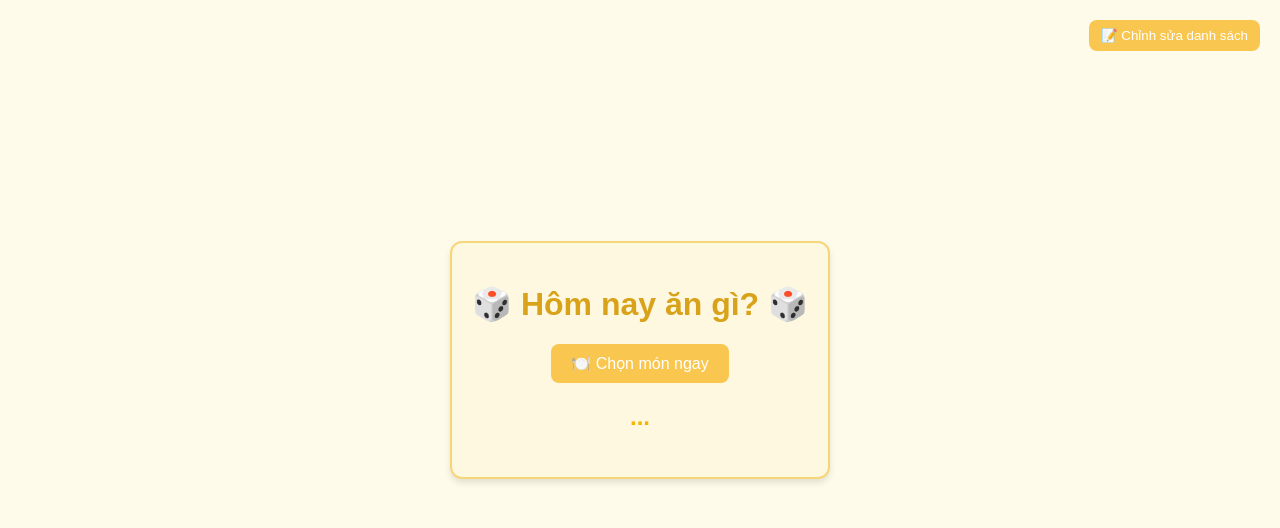
Repository: NT912/What-s-food-today-
Page: index.html
These files come from the project's save history. The page is drawn as it stood at one moment and after the next save; the edit follows.
The browser window is 1280 px wide. The pictures show the whole page.

Above is the page before, as saved 2024-12-17 20:51:11.
Console error: ReferenceError: renderList is not defined

### index.html
<!DOCTYPE html>
<html lang="vi">

<head>
  <meta charset="UTF-8">
  <meta name="viewport" content="width=device-width, initial-scale=1.0">
  <title>Random Món Ăn</title>
  <link rel="stylesheet" href="style.css">
</head>

<body>
  <!-- Random Section -->
  <div class="container">
    <h1>🎲 Hôm nay ăn gì? 🎲</h1>
    <button id="randomBtn" onclick="startRandom()">🍽️ Chọn món ngay</button>
    <p id="randomFood">...</p>
  </div>

  <!-- Popup chúc mừng kết quả -->
  <div id="resultPopup">
    <div class="result-content" id="resultPopupContent">
      <!-- Nội dung kết quả -->
    </div>
  </div>

  <!-- Edit Button -->
  <button class="edit-btn" onclick="openPopup()">📝 Chỉnh sửa danh sách</button>

  <!-- Popup Modal -->
  <div id="popup" class="popup">
    <div class="popup-content">
      <span class="close-btn" onclick="closePopup()">❌</span>
      <h2>📋 Danh sách món ăn</h2>
      <ul id="foodList"></ul>
      <div class="controls">
        <input type="text" id="foodInput" placeholder="Thêm món ăn mới...">
        <button onclick="addFood()">➕ Thêm</button>
      </div>
    </div>
  </div>

  <script src="script.js"></script>
</body>

</html>

### style.css
/* General Styles */
body {
  font-family: "Arial", sans-serif;
  margin: 0;
  background-color: #fffbea; /* Nền vàng nhẹ */
  color: #333;
  display: flex;
  justify-content: center;
  align-items: center;
  height: 100vh;
  overflow: hidden;
}

h1 {
  color: #d8a31a; /* Màu vàng đậm hơn */
}

.container {
  text-align: center;
  background: #fff8e1; /* Vàng nhẹ */
  border: 2px solid #f5d77a;
  padding: 20px;
  border-radius: 12px;
  box-shadow: 0 4px 6px rgba(0, 0, 0, 0.1);
}

#randomBtn {
  background: #f9c74f; /* Màu vàng cho nút */
  color: #fff;
  border: none;
  padding: 10px 20px;
  font-size: 16px;
  border-radius: 8px;
  cursor: pointer;
  transition: transform 0.2s, background 0.3s;
}

#randomBtn:hover {
  transform: scale(1.1);
  background: #f4b400;
}

#randomFood {
  margin-top: 20px;
  font-size: 24px;
  color: #f4b400; /* Màu vàng cho kết quả */
  font-weight: bold;
  height: 30px;
}

.edit-btn {
  position: absolute;
  top: 20px;
  right: 20px;
  background: #f9c74f;
  color: white;
  padding: 8px 12px;
  border: none;
  border-radius: 8px;
  cursor: pointer;
}

.edit-btn:hover {
  background: #f4b400;
}

/* Popup Modal */
.popup {
  display: none;
  position: fixed;
  top: 0;
  left: 0;
  width: 100%;
  height: 100%;
  background-color: rgba(255, 233, 153, 0.7); /* Vàng mờ nhẹ */
  justify-content: center;
  align-items: center;
  z-index: 1000;
}

.popup-content {
  background: #fff8e1; /* Màu vàng nhẹ */
  padding: 20px;
  border-radius: 12px;
  width: 400px;
  max-height: 80%;
  overflow-y: auto;
  position: relative;
  border: 2px solid #f5d77a;
}

.popup-content h2 {
  color: #d8a31a; /* Vàng đậm hơn */
}

.close-btn {
  position: absolute;
  top: 10px;
  right: 10px;
  cursor: pointer;
  font-size: 20px;
  color: #f4b400;
}

ul {
  list-style: none;
  padding: 0;
}

li {
  background: #fff5cc; /* Màu vàng nhạt cho danh sách */
  margin: 5px 0;
  padding: 8px;
  display: flex;
  justify-content: space-between;
  border-radius: 8px;
  border: 1px solid #f5d77a;
}

/* Popup chúc mừng */
#resultPopup {
  display: none;
  position: fixed;
  top: 0;
  left: 0;
  width: 100%;
  height: 100%;
  background-color: rgba(0, 0, 0, 0.5);
  justify-content: center;
  align-items: center;
  z-index: 1000;
}

#resultPopup .result-content {
  background: #fff8e1;
  padding: 30px;
  border-radius: 12px;
  text-align: center;
  box-shadow: 0 8px 16px rgba(0, 0, 0, 0.3);
  animation: popupEffect 0.5s ease-out;
  font-size: 24px;
  color: #f4b400;
}

@keyframes popupEffect {
  from {
    transform: scale(0.7);
    opacity: 0;
  }
  to {
    transform: scale(1);
    opacity: 1;
  }
}

### script.js
let foodList = [
  "Mì quảng tôm thịt",
  "Bánh cuốn",
  "Bún nước KonTum",
  "Cút lộn xào me",
  "Ốc đinh",
  "Mì cay",
  "Bún bò",
  "Chè",
  "Bánh mì chảo",
  "Mì trộn",
  "Xôi",
  "Mì quảng ếch",
  "Bún ram chay",
  "Bún thịt nướng",
  "Cá viên chiên mắm",
  "Cơm gà chiên mắm",
  "Bún chả",
  "Bún đậu mắm tôm",
  "Bún riêu",
  "Bánh mì ổ",
  "Cơm chiên",
  "Miến trộn",
  "Phở",
  "Bánh tráng kẹp",
  "Bánh canh",
  "Bún cá chấm",
  "Bánh đúc nóng",
  "Phở khô gia lai",
  "Bánh tráng kẹp",
  "Nem chua rán",
  "Ram cuốn cải",
  "Bánh bèo",
  "Bánh lọc",
  "Bánh căn",
  "Kem bơ",
];

function startRandom() {
  const result = document.getElementById("randomFood");
  let index = 0;

  // Thêm hiệu ứng nhấp nháy trong 2 giây
  const interval = setInterval(() => {
    index = Math.floor(Math.random() * foodList.length);
    result.textContent = foodList[index];
    result.style.color = getRandomColor();
  }, 100);

  // Kết thúc hiệu ứng và hiển thị kết quả
  setTimeout(() => {
    clearInterval(interval);
    result.textContent = `🍽️ ${foodList[index]}!`;
    result.style.color = "#f4b400";

    // Hiển thị popup chúc mừng
    showResultPopup(foodList[index]);
  }, 2000);
}

function showResultPopup(food) {
  const popup = document.getElementById("resultPopup");
  const popupContent = document.getElementById("resultPopupContent");

  popupContent.innerHTML = `
        🎉 Chúc mừng! Món ăn hôm nay là: <br>
        <strong>${food}</strong> 🎉
    `;

  popup.style.display = "flex";

  // Đóng popup khi click ra ngoài
  window.onclick = function (event) {
    if (event.target === popup) {
      closeResultPopup();
    }
  };
}

function closeResultPopup() {
  document.getElementById("resultPopup").style.display = "none";
  window.onclick = null; // Xóa sự kiện click
}

function getRandomColor() {
  const colors = [
    "#f4b400",
    "#f9844a",
    "#ffcd56",
    "#ffafcc",
    "#bde0fe",
    "#ffc8dd",
  ];
  return colors[Math.floor(Math.random() * colors.length)];
}

window.onload = () => {
  renderList();
};

After the next save:
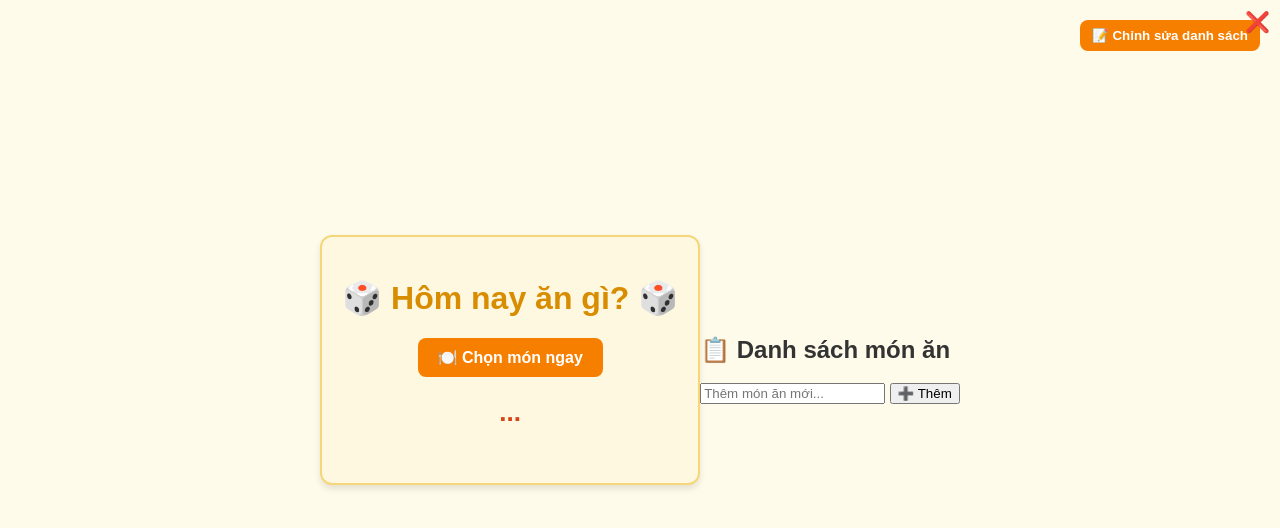
Saved 79 s later.
--- a/style.css
+++ b/style.css
@@ -12,12 +12,12 @@ body {
 }
 
 h1 {
-  color: #d8a31a; /* Màu vàng đậm hơn */
+  color: #d88c00; /* Vàng cam đậm */
 }
 
 .container {
   text-align: center;
-  background: #fff8e1; /* Vàng nhẹ */
+  background: #fff8e1; /* Vàng nhạt */
   border: 2px solid #f5d77a;
   padding: 20px;
   border-radius: 12px;
@@ -25,11 +25,12 @@ h1 {
 }
 
 #randomBtn {
-  background: #f9c74f; /* Màu vàng cho nút */
+  background: #f77f00; /* Cam đậm */
   color: #fff;
   border: none;
   padding: 10px 20px;
   font-size: 16px;
+  font-weight: bold;
   border-radius: 8px;
   cursor: pointer;
   transition: transform 0.2s, background 0.3s;
@@ -37,84 +38,33 @@ h1 {
 
 #randomBtn:hover {
   transform: scale(1.1);
-  background: #f4b400;
+  background: #e76f00; /* Đậm hơn khi hover */
 }
 
 #randomFood {
   margin-top: 20px;
-  font-size: 24px;
-  color: #f4b400; /* Màu vàng cho kết quả */
+  font-size: 26px;
+  color: #d84315; /* Màu cam đậm hơn */
   font-weight: bold;
-  height: 30px;
+  height: 40px;
 }
 
+/* Edit Button */
 .edit-btn {
   position: absolute;
   top: 20px;
   right: 20px;
-  background: #f9c74f;
+  background: #f77f00; /* Cam đậm */
   color: white;
   padding: 8px 12px;
   border: none;
   border-radius: 8px;
   cursor: pointer;
+  font-weight: bold;
 }
 
 .edit-btn:hover {
-  background: #f4b400;
-}
-
-/* Popup Modal */
-.popup {
-  display: none;
-  position: fixed;
-  top: 0;
-  left: 0;
-  width: 100%;
-  height: 100%;
-  background-color: rgba(255, 233, 153, 0.7); /* Vàng mờ nhẹ */
-  justify-content: center;
-  align-items: center;
-  z-index: 1000;
-}
-
-.popup-content {
-  background: #fff8e1; /* Màu vàng nhẹ */
-  padding: 20px;
-  border-radius: 12px;
-  width: 400px;
-  max-height: 80%;
-  overflow-y: auto;
-  position: relative;
-  border: 2px solid #f5d77a;
-}
-
-.popup-content h2 {
-  color: #d8a31a; /* Vàng đậm hơn */
-}
-
-.close-btn {
-  position: absolute;
-  top: 10px;
-  right: 10px;
-  cursor: pointer;
-  font-size: 20px;
-  color: #f4b400;
-}
-
-ul {
-  list-style: none;
-  padding: 0;
-}
-
-li {
-  background: #fff5cc; /* Màu vàng nhạt cho danh sách */
-  margin: 5px 0;
-  padding: 8px;
-  display: flex;
-  justify-content: space-between;
-  border-radius: 8px;
-  border: 1px solid #f5d77a;
+  background: #e76f00;
 }
 
 /* Popup chúc mừng */
@@ -132,14 +82,15 @@ li {
 }
 
 #resultPopup .result-content {
-  background: #fff8e1;
+  background: #fff8e1; /* Vàng nhạt */
   padding: 30px;
   border-radius: 12px;
   text-align: center;
   box-shadow: 0 8px 16px rgba(0, 0, 0, 0.3);
   animation: popupEffect 0.5s ease-out;
-  font-size: 24px;
-  color: #f4b400;
+  font-size: 28px;
+  color: #d84315; /* Cam đậm */
+  font-weight: bold;
 }
 
 @keyframes popupEffect {
@@ -152,3 +103,12 @@ li {
     opacity: 1;
   }
 }
+
+.close-btn {
+  position: absolute;
+  top: 10px;
+  right: 10px;
+  cursor: pointer;
+  font-size: 20px;
+  color: #d84315;
+}
